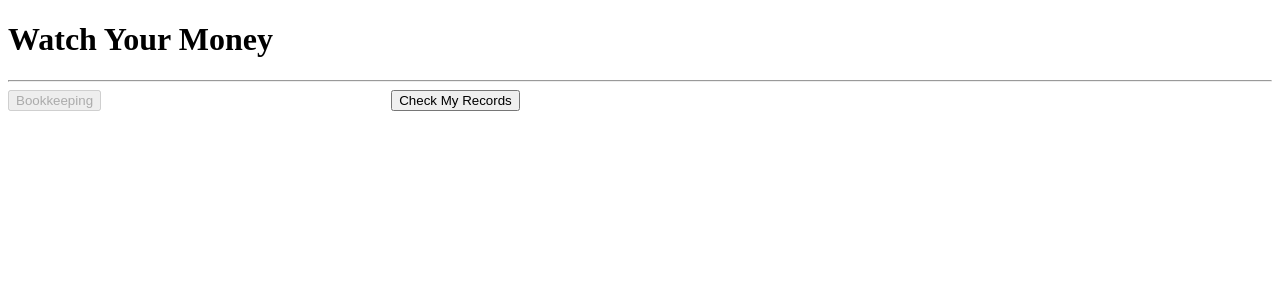
Repository: chelsea9869/Hackathon-TNT
Page: http://localhost/app/watch_your_money.php
The author's editor kept a copy of each file at every save. The page is drawn from the files as they stood at one save, then again after the next save.
The browser window is 1280 px wide. The pictures show the whole page.
The page is run by PHP 8.4 with error messages shown; the project is at /var/www/html/.

Above is the page before, as saved 2020-09-05 10:54:44.

### app/watch_your_money.php
<!DOCTYPE html>
<html lang="en">
<head>
    <meta charset="UTF-8">
    <meta name="viewport" content="width=device-width, initial-scale=1.0">
    <title>Watch Your Money</title>
</head>
<body>
    <h1>Watch Your Money</h1>
    <hr>
    <div name='function'>
        <!-- <div id='dummy' style="width:20%;display: inline-table"></div> -->
        <div id='bookkeeping' style="width:30%;display: inline-table;align-items:stretch">
            <button disabled="disabled">Bookkeeping</button>
        </div>
        <div id='check_records' style="width:30%;display: inline-table">
            <button>Check My Records</button>
        </div>
    </div>
</body>
</html>

After the next save:
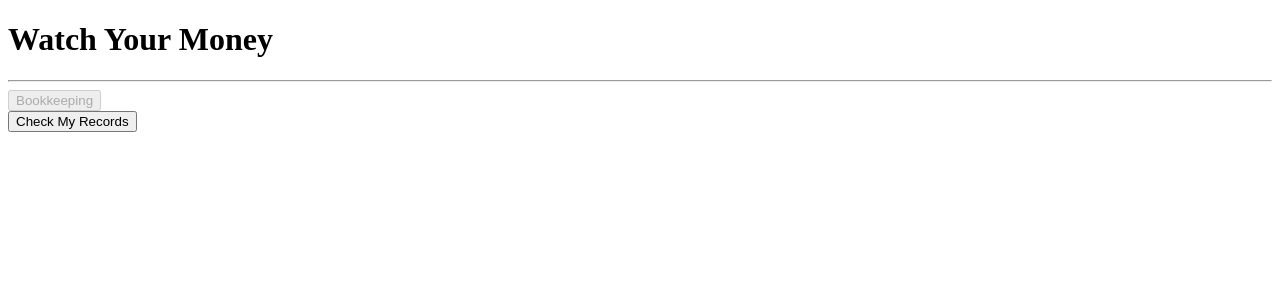
Saved 9 s later.
--- a/app/watch_your_money.php
+++ b/app/watch_your_money.php
@@ -10,7 +10,7 @@
     <hr>
     <div name='function'>
         <!-- <div id='dummy' style="width:20%;display: inline-table"></div> -->
-        <div id='bookkeeping' style="width:30%;display: inline-table;align-items:stretch">
+        <div id='bookkeeping' style="width:30%;align-items:stretch">
             <button disabled="disabled">Bookkeeping</button>
         </div>
         <div id='check_records' style="width:30%;display: inline-table">
